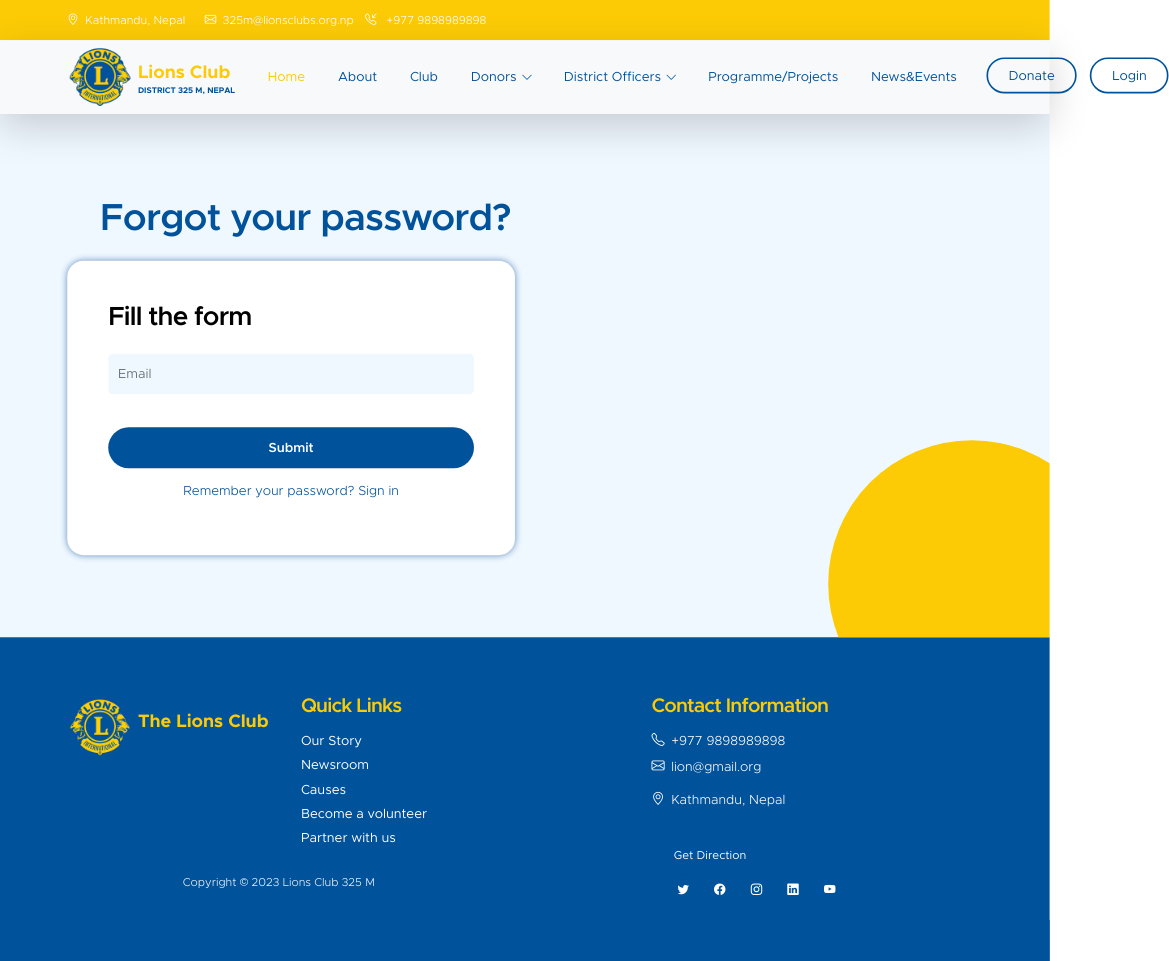
Repository: sandhya8109/Lions
Page: http://localhost/forget.php
The author's editor kept a copy of each file at every save. The page is drawn from the files as they stood at one save, then again after the next save.
The browser window is 1280 px wide. The page is 1425 px wide, so the pictures cover 1425 px, including what lies to the right of the window. The pictures show the whole page, at 82% of full size.
The page is run by PHP 8.4 with error messages shown; the project is at /var/www/html/.

Above is the page before, as saved 2023-06-18 14:02:19.
Console error: TypeError: Cannot read properties of undefined (reading 'top')

### forget.php
<?php include('nav.php')
    ?>
<!--Volunteer start-->
<section class="volunteer-section section-padding" id="section_4" style="background-color:var(--section-bg-color);">
    <div class="container">
        <div class="row">

            <div class="col-lg-6 col-12" padding-left:100px; padding-right:100px;>
                <h2 class="mb-4" style="color:#00529b; padding-left:40px; ">Forgot your password?</h2>
                <form class="custom-form volunteer-form mb-5 mb-lg-0" action="#" method="post" role="form"
                    style="box-shadow: 0 0 9px rgb(91, 139, 190);">
                    <h3 class="mb-4">Fill the form</h3>

                    <div class="row">
                        <div class="col-lg-12">
                            <input type="email" name="email" id="email" class="form-control" placeholder="Email"
                                required>
                        </div>
                    </div>

                    <div class="row mt-3">
                        <div class="col-lg-12">
                            <button type="submit" class="form-control">Submit</button>
                        </div>
                    </div>

                    <div class="row mt-3">
                        <div class="col-lg-12">
                            <p class="text-center">Remember your password? <a href="#">Sign in</a></p>
                        </div>
                    </div>
                </form>



            </div>



        </div>
    </div>
</section>
<!--Login form -->
<?php include('footer.php')
    ?>

### nav.php
<!doctype html>
<html lang="en">

<head>
    <meta charset="utf-8">
    <meta name="viewport" content="width=device-width, initial-scale=1">
    <meta name="description" content="">
    <meta name="author" content="">
    <title>Lions Club International </title>
    <!-- CSS FILES -->
    <link href="css/bootstrap.min.css" rel="stylesheet">
    <link href="css/bootstrap-icons.css" rel="stylesheet">
    <link href="css/styles.css" rel="stylesheet">
</head>

<body id="section_1">

    <header class="site-header">
        <div class="container">
            <div class="row">

                <div class="col-lg-8 col-12 d-flex flex-wrap">
                    <p class="d-flex me-4 mb-0">
                        <i class="bi-geo-alt me-2"></i>
                        Kathmandu, Nepal
                    </p>

                    <p class="d-flex mb-0">
                        <i class="bi-envelope me-2"></i>

                        <a href="mailto:info@company.com">
                            325m@lionsclubs.org.np
                        </a>
                    </p>
                    &nbsp; &nbsp;
                    <p class="d-flex mb-0">
                        <i class="bi bi-telephone-inbound"></i>
                        &nbsp; &nbsp;
                        <a href="tel:+9779898989898">
                            +977 9898989898
                        </a>
                    </p>
                </div>
            </div>
        </div>
    </header>
    <nav class="navbar navbar-expand-lg bg-light shadow-lg">
        <div class="container">

            <a class="navbar-brand" href="index.php">
                <img src="images/logo.png" class="logo img-fluid">
                <span>
                    Lions Club
                    <small>District 325 M, Nepal</small>
                </span>
            </a>
            <button class="navbar-toggler" type="button" data-bs-toggle="collapse" data-bs-target="#navbarNav"
                aria-controls="navbarNav" aria-expanded="false" aria-label="Toggle navigation">
                <span class="navbar-toggler-icon"></span>
            </button>

            <div class="collapse navbar-collapse" id="navbarNav">

                <ul class="navbar-nav ms-auto">
                    <li class="nav-item">
                        <a class="nav-link click-scroll" href="./index.php">Home</a>
                    </li>

                    <li class="nav-item">
                        <a class="nav-link click-scroll" href="./about.php">About</a>
                    </li>

                    <li class="nav-item">
                        <a class="nav-link click-scroll" href="./club.php">Club</a>
                    </li>

                    <li class="nav-item dropdown">
                        <a class="nav-link click-scroll dropdown-toggle" href="#section_5"
                            id="navbarLightDropdownMenuLink" role="button" data-bs-toggle="dropdown"
                            aria-expanded="false">Donors</a>

                        <ul class="dropdown-menu dropdown-menu-light" aria-labelledby="navbarLightDropdownMenuLink">
                            <li><a class="dropdown-item" href="news.php">PMJF</a></li>

                            <li><a class="dropdown-item" href="news-detail.php">MJF</a></li>
                            <li><a class="dropdown-item" href="news-detail.php">Campaign 100</a></li>
                            <li><a class="dropdown-item" href="news-detail.php">Cam 100</a></li>
                        </ul>
                    </li>


                    <li class="nav-item dropdown">
                        <a class="nav-link click-scroll dropdown-toggle" href="#section_5"
                            id="navbarLightDropdownMenuLink" role="button" data-bs-toggle="dropdown"
                            aria-expanded="false">District Officers</a>

                        <ul class="dropdown-menu dropdown-menu-light" aria-labelledby="navbarLightDropdownMenuLink">
                            <li><a class="dropdown-item" href="news.php">Governor Team</a></li>

                            <li><a class="dropdown-item" href="news-detail.php">Advisor Council</a></li>
                            <li><a class="dropdown-item" href="news-detail.php">Coordinators</a></li>
                            <li><a class="dropdown-item" href="news-detail.php">District Committee</a></li>
                            <li><a class="dropdown-item" href="news-detail.php">CC/AC/RC/ZC/DC</a></li>
                        </ul>
                    </li>

                    <li class="nav-item">
                        <a class="nav-link click-scroll" href="#section_9">Programme/Projects</a>
                    </li>
                    <li class="nav-item">
                        <a class="nav-link click-scroll" href="./news.php">News&Events</a>
                    </li>
                    <li class="nav-item ms-3">
                        <a class="nav-link custom-btn custom-border-btn btn" href="donate.php">Donate</a>
                    </li>
                    <li class="nav-item ms-3">
                        <a class="nav-link custom-btn custom-border-btn btn" href="login.php">Login</a>
                    </li>
                </ul>
            </div>
        </div>
    </nav>

### footer.php
<footer class="site-footer">
    <div class="container">
        <div class="row">
            <div class="col-lg-3 col-12 mb-4">
                <a class="navbar-brand" href="index.html">
                    <img src="images/logo.png" class="logo img-fluid" alt="Kind Heart Charity">
                    <span>
                        The Lions Club
                        <small>325 M</small>
                    </span>
                </a>

            </div>

            <div class="col-lg-4 col-md-6 col-12 mb-4">
                <h5 class="site-footer-title mb-3">Quick Links</h5>

                <ul class="footer-menu">
                    <li class="footer-menu-item"><a href="#" class="footer-menu-link">Our Story</a></li>

                    <li class="footer-menu-item"><a href="#" class="footer-menu-link">Newsroom</a></li>

                    <li class="footer-menu-item"><a href="#" class="footer-menu-link">Causes</a></li>

                    <li class="footer-menu-item"><a href="#" class="footer-menu-link">Become a volunteer</a></li>

                    <li class="footer-menu-item"><a href="#" class="footer-menu-link">Partner with us</a></li>
                </ul>
            </div>

            <div class="col-lg-4 col-md-6 col-12 mx-auto">
                <h5 class="site-footer-title mb-3">Contact Information</h5>

                <p class="text-white d-flex mb-2">
                    <i class="bi-telephone me-2"></i>

                    <a href="tel: +977 9898989898" class="site-footer-link">
                        +977 9898989898
                    </a>
                </p>

                <p class="text-white d-flex">
                    <i class="bi-envelope me-2"></i>

                    <a href="mailto:info@yourgmail.com" class="site-footer-link">
                        lion@gmail.org
                    </a>
                </p>

                <p class="text-white d-flex mt-3">
                    <i class="bi-geo-alt me-2"></i>
                    Kathmandu, Nepal
                </p>

                <a href="#" class="custom-btn btn mt-3">Get Direction</a>
            </div>
            <div class="col-lg-6 col-md-7 col-12">
                <p class="copyright-text mb-0">Copyright © 2023 Lions Club 325 M
                </p>
            </div>

            <div class="col-lg-6 col-md-5 col-12 d-flex justify-content-center align-items-center mx-auto">
                <ul class="social-icon">
                    <li class="social-icon-item">
                        <a href="#" class="social-icon-link bi-twitter"></a>
                    </li>

                    <li class="social-icon-item">
                        <a href="#" class="social-icon-link bi-facebook"></a>
                    </li>

                    <li class="social-icon-item">
                        <a href="#" class="social-icon-link bi-instagram"></a>
                    </li>

                    <li class="social-icon-item">
                        <a href="#" class="social-icon-link bi-linkedin"></a>
                    </li>

                    <li class="social-icon-item">
                        <a href="https://youtube.com/templatemo" class="social-icon-link bi-youtube"></a>
                    </li>
                </ul>
            </div>
        </div>
    </div>

    <div class="site-footer-bottom">
        <div class="container">
            <div class="row">



            </div>
        </div>
    </div>
</footer>

<!-- JAVASCRIPT FILES -->
<script src="js/jquery.min.js"></script>
<script src="js/bootstrap.min.js"></script>
<script src="js/jquery.sticky.js"></script>
<script src="js/click-scroll.js"></script>
<script src="js/counter.js"></script>
<script src="js/custom.js"></script>

</body>

</html>

Loaded but not shown: css/bootstrap.min.css (library); css/bootstrap-icons.css (library); js/jquery.min.js (library); js/bootstrap.min.js (library); js/jquery.sticky.js (library); js/custom.js (common file); js/counter.js (89 lines, source omitted); js/click-scroll.js (37 lines, source omitted); css/styles.css (1669 lines, source omitted)

After the next save:
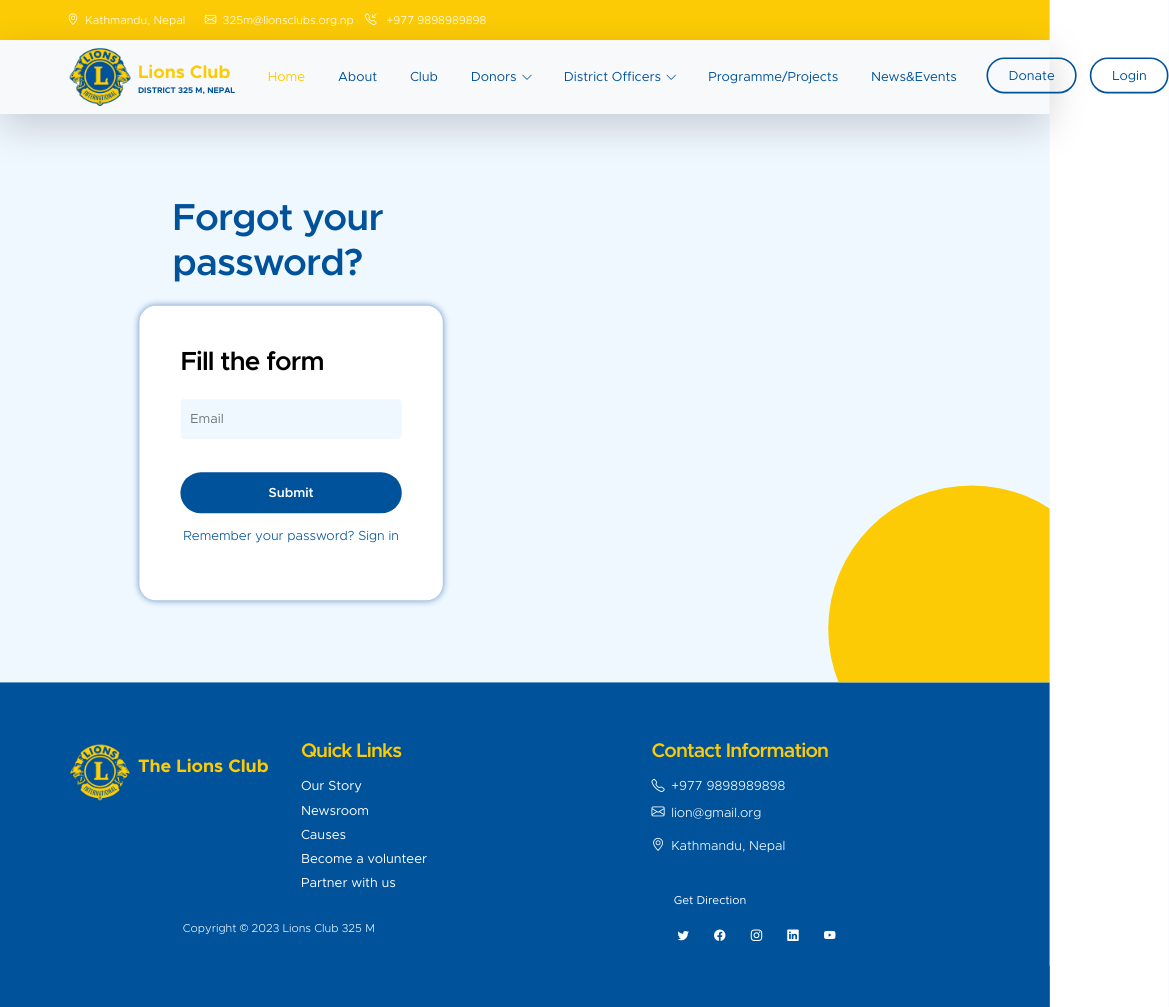
Saved 7 s later.
--- a/forget.php
+++ b/forget.php
@@ -5,7 +5,7 @@
     <div class="container">
         <div class="row">
 
-            <div class="col-lg-6 col-12" padding-left:100px; padding-right:100px;>
+            <div class="col-lg-6 col-12" style=" padding-left:100px; padding-right:100px;">
                 <h2 class="mb-4" style="color:#00529b; padding-left:40px; ">Forgot your password?</h2>
                 <form class="custom-form volunteer-form mb-5 mb-lg-0" action="#" method="post" role="form"
                     style="box-shadow: 0 0 9px rgb(91, 139, 190);">
